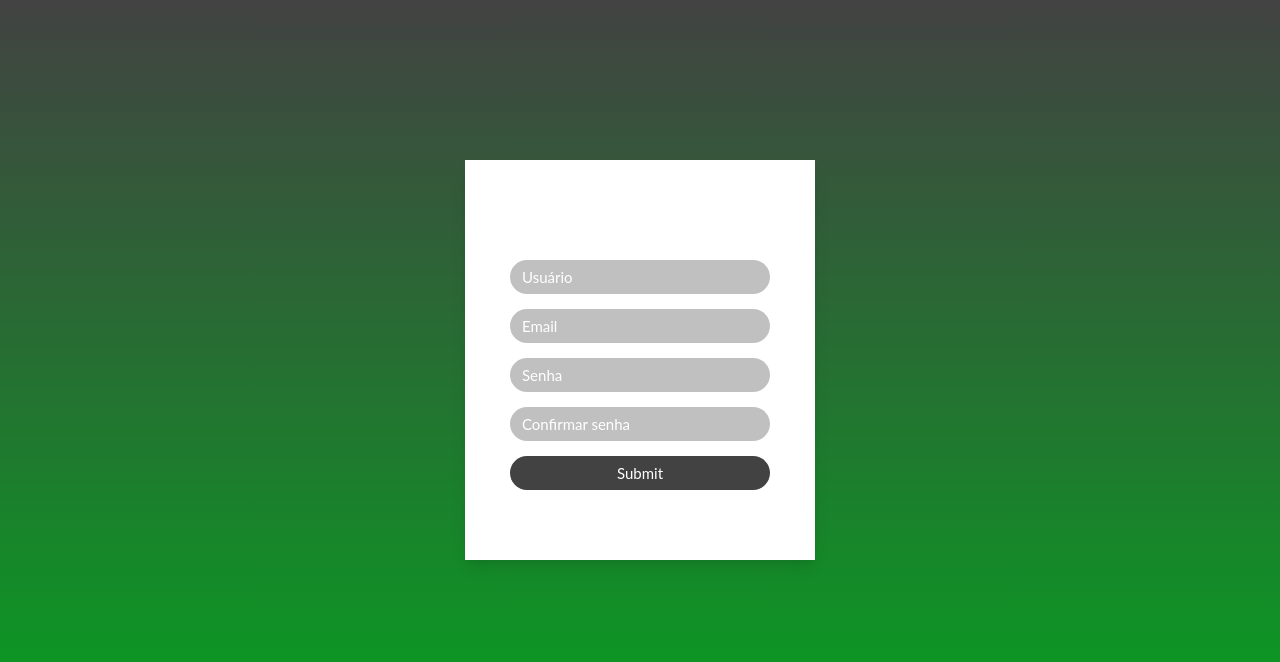
Repository: JoaoNahid/adminSystem
Page: /cadastro (app in client/)
An editor plug-in stored every save of this project. The page is shown before and after the next save, followed by the edit.
The browser window is 1280 px wide. The pictures show the whole page.
The project was rebuilt for these pictures with package versions that can differ from the ones it lists, and the page was loaded fresh each time. Also part of the build but not shown: client/src/App.css, client/src/routes/login.js, client/src/routes/home.js.

Above is the page before, as saved 2022-04-20 19:50:20.

### client/src/App.js
import logo from './logo.svg';
import React, { useState, useEffect } from "react"
import './App.css';
import './css/style.css';


// Router
import { BrowserRouter as Router, Route, Routes } from 'react-router-dom';
// Telas
import Login from './routes/login.js'
import Cadastro from './routes/cadastro.js'
import Home from './routes/home.js'

function App() {
  return (
    <Router>
      <div>
        <Routes>
          <Route exact path="login" element={<Login />} />
          <Route exact path="cadastro" element={<Cadastro />} />
          <Route exact path="home" element={<Home />} />
        </Routes>
      </div>
    </Router>
  )
}

/* function App() {

  const [values, setValues] = useState([])
  const handleClickButton = () => {
    Axios.post("http://localhost:3001/cadastroNoticia", {
      titulo: values.nome,
      conteudo: values.conteudo

    }).then((response) => {
      console.log(response)
    })
    console.log(values)
  }
  const handleChangeValues = (value) => {
    setValues((prevValue) => ({
      ...prevValue,
      [value.target.name]: value.target.value,
    }))
  }
  return (
    <div className="App">
      <input type="text" name="nome" placeholder="Nome" className="input" onChange={handleChangeValues} />
      <input type="text" name="conteudo" placeholder="Categoria" className="input" onChange={handleChangeValues} />
      <input type="text" name="preco" placeholder="Preço" className="input" onChange={handleChangeValues} />
      <button className="btnSalvar" onClick={() => handleClickButton()} >Salvar</button>
    </div>
  );
} */

export default App;

### client/src/css/style.css
body{
  margin: 0;
  padding: 0;
  font-family: 'Lato', sans-serif;
}
*{
  margin: 0;
  padding: 0;
  font-family: 'Lato', sans-serif;
}
:root{
  --cor1: #099c22;
  --cor2: #424242;
}

@import url('https://fonts.googleapis.com/css2?family=Lato:ital,wght@0,100;0,300;0,400;0,700;0,900;1,100;1,300;1,400;1,700;1,900&display=swap');


.container{
  /* width: calc(100% - 80px); */
  margin-left: 80px;
  padding: 0 15px;
}
.nomePagina{
  padding: 8px 0;
  margin-bottom: 15px;
  background-color: #fff;
  display: flex;
  flex-direction: row;
  justify-content: space-between;
  align-items: center;
}

.tituloPagina{
  color: var(--cor2);
  font-size: 30px;
}
.mostrarEstatisticas{
  color: var(--cor2);
  font-size: 30px;
  cursor: pointer;
  transform: rotate(180deg);
}
.flexBox{
  display: flex;
}
.flexRow{
  flex-direction: row;
}
/* SIDEBAR */
.sidebar{
  position: fixed;
  top: 0;
  bottom: 0;
  height: auto;
  width: 70px;
  background-color: var(--cor2);
  box-shadow: 10px 0 0 var(--cor1);
  overflow: hidden;
  transition: 0.5s;
  z-index: 2;
}
.sidebar:hover{
  width: 300px;
}
.sidebar ul{
  position: absolute;
  top: 200px;
  left: 0;
  width: 100%;
  padding-left: 5px;
}
.sidebar ul li{
  position: relative;
  list-style: none;
  width: 100%;
  border-top-left-radius: 20px;
}
.sidebar ul li a{
  position: relative;
  display: flex;
  width: 100%;
  text-decoration: none;
  color: #fff;
}
.sidebar .iconeSidebar{
  position: relative;
  display: block;
  min-width: 60px;
  height: 60px;
  text-align: center;
  line-height: 70px;
}
.sidebar .iconeSidebar ion-icon{
  position: relative;
  font-size: 1.5rem;
  z-index: 1;
}
.sidebar .tituloSidebar{
  position: relative;
  display: block;
  padding-left: 10px;
  height: 60px;
  line-height: 60px;
  white-space: nowrap;
}
.sidebar .active{
  background: var(--cor1);
}
.perfilUsuario{
  position: relative;
  top: 30px;
  display: flex;
  flex-direction: column;
  justify-content: center;
  align-items: center;
}
.fotoUsuario{
  width: 50px;
  height: 50px;
  border-radius: 50%;
  background-size: cover !important;
  background-repeat: no-repeat !important;
  background-position: center !important;
  transition: 0.6s;
}
.sidebar:hover .fotoUsuario{
  width: 100px;
  height: 100px;
}
.sidebar:hover .nomeUsuario,
.sidebar:hover .funcaoUsuario{
  visibility: visible;
  opacity: 1;
  transition: visibility 0s, opacity 0s linear;
}
.nomeUsuario{
  color: #fff;
  font-size: 20px;
  margin-top: 6px;
  visibility: hidden;
  opacity: 0;
  transition: visibility 0s, opacity 0s linear;
}
.funcaoUsuario{
  color: #fff;
  font-size: 15px;
  visibility: hidden;
  opacity: 0;
  transition: visibility 0s, opacity 0s linear;
}
/* FIM SIDEBAR */

/* DASHBOARD */
.areaBlocosEstatisticas{
  display: grid;
  grid-template-columns: repeat(4, 1fr);
  justify-content: center;
  gap: 20px;
  flex-direction: row;
}
@media(max-width: 1064px){
  .areaBlocosEstatisticas{
    grid-template-columns: repeat(2, 1fr);
  }
}
@media(max-width: 651px){
  .areaBlocosEstatisticas{
    grid-template-columns: 1fr;
  }
}
.blocoEstatistica{
  width: auto;
  height: 150px;
  background: var(--cor2);
  color: #fff;
  border-bottom: 3px solid var(--cor1);
  border-top-left-radius: 20px;
  border-top-right-radius: 20px;
  display: flex;
  flex-direction: column;
  justify-content: space-between;
  align-items: center;
  padding: 8px 12px;
}
.tituloEstatistica{
  font-size: 25px;
  text-transform: capitalize;
}
.conteudoEstatistica{
  display: flex;
  flex-direction: row;
  align-items: center;
  justify-content: space-between;
  width: 100%;
  padding-bottom: 25px;
}
.iconeEstatistica{
  width: 85px;
  font-size: 50px;
  z-index: 0;
}
.dadosEstatistica{
  text-align: center;
  width: 100%;
  font-size: 60px;
  color: #fff;
}
.exibirMenu{
  margin-top: -1000px !important;
  transition: .3s;
}
.rotacionarBtn{
  transform: rotate(180deg);
  transition: .7s ease-in;
}
/* FIM DASHBOARD */

/* LOGIN */
#bgAreaLogin{
  background: rgb(9,156,34);
  background: linear-gradient(0deg, rgba(9,156,34,1) 0%, rgba(66,66,66,1) 100%);
  width: 100%;
  height: 100vh;
}
#areaLogin{
  position: absolute;
  top: 0;
  bottom: 0;
  right: 0;
  left: 0;
  margin: auto auto;
  width: 350px;
  height: 400px;
  box-shadow: rgba(0, 0, 0, 0.1) 0px 10px 15px -3px, rgba(0, 0, 0, 0.05) 0px 4px 6px -2px;
  background-color: #fff;
}
.formLogin{
  padding: 15px 45px ;
  display: flex;
  flex-direction: column;
  gap: 15px;
  align-items: center;
  justify-content: center;
  height: 100%;
}
#areaLogin input{
  /* border-top: 0 none;
  border-right: 0 none;
  border-left: 0 none;
  border-color: var(--cor1); */
  border: 0 none;
  background: #42424255;
  color: var(--cor2);
  border-radius: 20px;
  padding: 8px 12px;
  font-size: 15px;
  width: calc(100% - 24px);
}
#areaLogin input::placeholder{
  color: #fff;
}
#areaLogin input:focus{
  outline: none;
}
.btnLogar{
  width: 100% !important;
  background-color: var(--cor2) !important;
  transition: .3s;
  color: #fff !important;
}
.btnLogar:hover{
  background-color: var(--cor1) !important;
  color: #fff !important;
  cursor: pointer;
}
.esqueciASenha{
  font-size: 13px;
  color: var(--cor2);
  text-decoration: none;
}
.esqueciASenha:hover{
  color: inherit;
}

/* FIM LOGIN */

/* Edição Site */
#areaTotalEdicaoSite{
  width: 100%;
}
.menuPaginas{
  display: flex;
  justify-content: center;
  flex-direction: row;
  margin-left: 230px;
  gap: 1px;
  background: var(--cor1);
}
.paginaEdicao{
  padding: 10px 10px;
  background-color: var(--cor2);
  color: #fff;
  width: 100%;
  text-align: center;
}
.paginaEdicao:hover{
  background: var(--cor1);
  cursor: pointer;
}
.menuSectionsPagina{
  width: 230px;
  display: flex;
  flex-direction: column;
  justify-content: center;
  background: var(--cor1);
}
.sectionEdicao{
  background: var(--cor2);
  color: #fff;
  width: calc(100% - 25px);
  text-align: left;
  padding: 16px 12px;
  text-decoration: none;
}
.sectionEdicao:hover{
  background: var(--cor1);
  cursor: pointer;
}
.boxFormEdicao{
  padding: 20px;
  width: calc(100% - 267px);
  border: solid 1px var(--cor2);
  border-left: solid 1px var(--cor1);
}
.tituloCampo{
  font-size: 18px;
  color: var(--cor2);
  margin-bottom: 10px;
}
.menuAtivo{
  background-color: var(--cor1);
}
/* Fim Edição Site */


/* INPUTS */
input:focus{
  outline: 0;
}
.formEdicao input{
  border-top: 0 none;
  border-right: 0 none;
  border-left: 0 none;
  border-bottom: 2px solid var(--cor2);
  padding: 0 5px 2px;
  font-size: 15px;
  transition: 0.3s;
  width: 100%;
}
.formEdicao input:focus{
  border-color: var(--cor1);
}
/* FIM INPUTS */

### client/src/routes/cadastro.js
import React, { Component } from "react"
import Axios from "axios"
import md5 from "md5-hash"

export default class Cadastro extends Component {
    constructor() {
        super()

        this.state = {
            usuario: "",
            senha: "",
            email: "",
            confirmarSenha: ""
        }
    }

    cadastrar = (e) => {
        e.preventDefault()
        if (this.state.senha === this.state.confirmarSenha){
             /* Axios.post('http://localhost:3001/cadastro', {
                usuario: this.state.usuario,
                senha: md5(this.state.senha),
                email: this.state.email
            }).then((response) => {
                console.log(response)
            })  */
            Axios.get('http://localhost:3001/cadastro/'+this.state.email+'/'+this.state.usuario).then((response) => {
                console.log(response)
                console.log(response.data[0])
                localStorage.setItem("id", response.data.idUsuario)
                localStorage.setItem("email", response.data.email)
            })
             // window.location.href = "/home"
            console.log('http://localhost:3001/cadastro/' + this.state.email + '/' + this.state.usuario)

        } else{
            console.log(this.state.senha)
            console.log(this.state.confirmarSenha)
            alert('Senhas não conferem')
        }

    }

    render() {
        return (
            <div id="bgAreaLogin">
                <div id="areaLogin" className="">
                    <div className="logoAreaLogin">

                    </div>
                    <form className="formLogin" method="post">
                        <input className="inputCampo" type="text" autoComplete="off" placeholder="Usuário" name="usuario" defaultValue={this.state.usuario} onChange={(e) => (this.setState({ usuario: e.target.value }))} />
                        <input className="inputCampo" type="text" autoComplete="off" placeholder="Email" name="email" defaultValue={this.state.email} onChange={(e) => (this.setState({ email: e.target.value }))} />
                        <input className="inputCampo" type="password" autoComplete="off" placeholder="Senha" name="senha" defaultValue={this.state.senha} onChange={(e) => (this.setState({ senha: e.target.value }))} />
                        <input className="inputCampo" type="password" autoComplete="off" placeholder="Confirmar senha" name="confirmarSenha" defaultValue={this.state.confirmarSenha} onChange={(e) => (this.setState({ confirmarSenha: e.target.value }))} />

                        <input className="btnLogar" type="submit" name="logar" defaultValue="Criar conta" onClick={(e) => this.cadastrar(e)} />
                    </form>
                </div>
            </div>
        )
    }
}

Loaded but not shown: client/public/index.html (common file); client/src/index.js (common file); client/src/index.css (common file); client/src/reportWebVitals.js (common file)

After the next save:
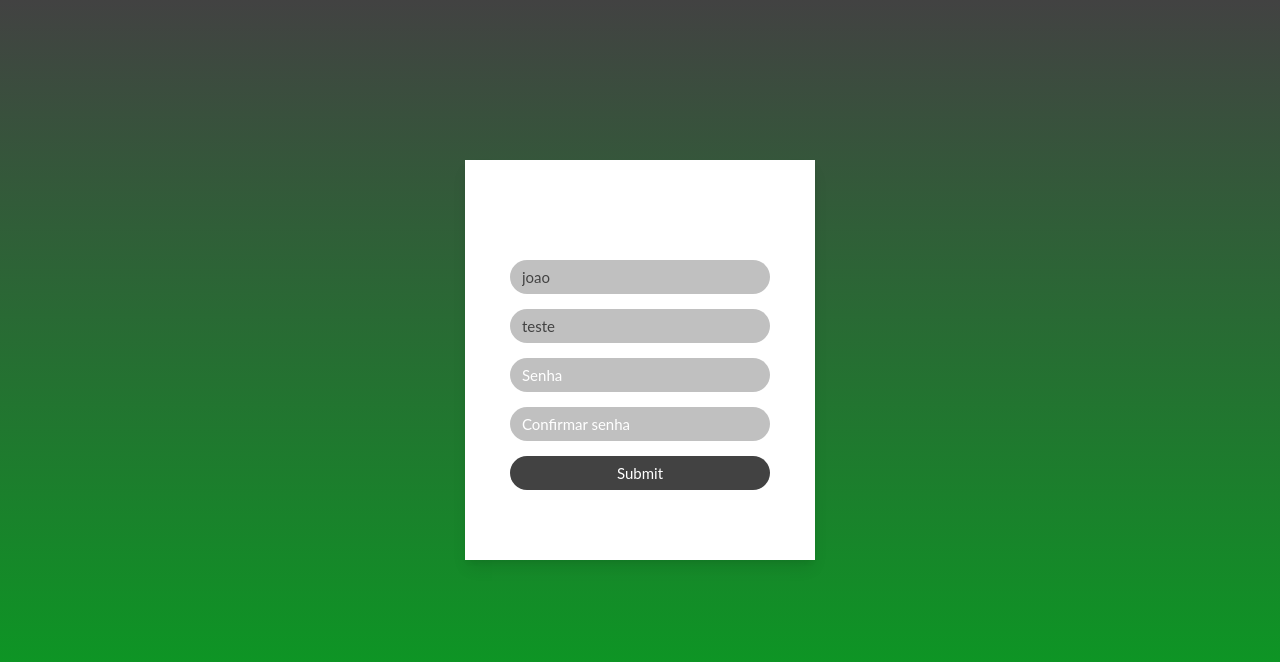
Saved 11 s later.
--- a/client/src/routes/cadastro.js
+++ b/client/src/routes/cadastro.js
@@ -7,9 +7,9 @@
         super()
 
         this.state = {
-            usuario: "",
+            usuario: "joao",
             senha: "",
-            email: "",
+            email: "teste",
             confirmarSenha: ""
         }
     }

After the 3 saves that followed:
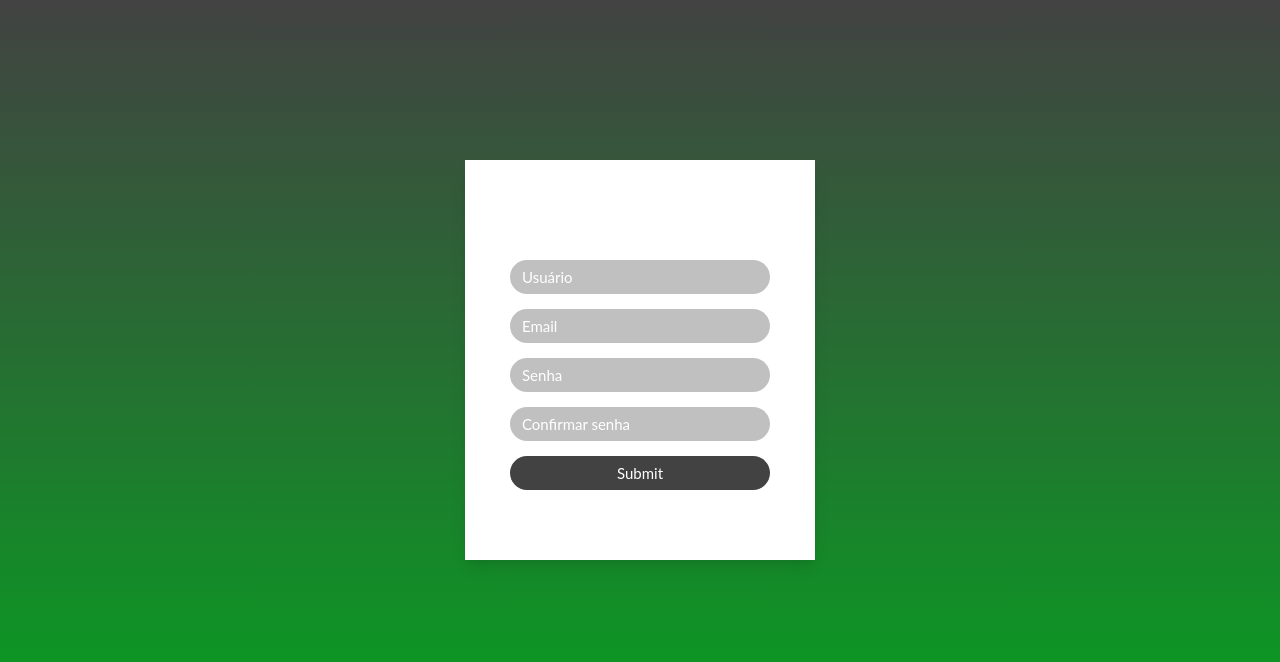
The 3 saves are shown as one change because 2 left the picture as it was.
The last was saved 4 min 17 s later.
--- a/client/src/routes/cadastro.js
+++ b/client/src/routes/cadastro.js
@@ -7,9 +7,9 @@
         super()
 
         this.state = {
-            usuario: "joao",
+            usuario: "",
             senha: "",
-            email: "teste",
+            email: "",
             confirmarSenha: ""
         }
     }
@@ -17,18 +17,19 @@
     cadastrar = (e) => {
         e.preventDefault()
         if (this.state.senha === this.state.confirmarSenha){
-             /* Axios.post('http://localhost:3001/cadastro', {
+             Axios.post('http://localhost:3001/cadastro', {
                 usuario: this.state.usuario,
                 senha: md5(this.state.senha),
                 email: this.state.email
             }).then((response) => {
                 console.log(response)
-            })  */
+            })
             Axios.get('http://localhost:3001/cadastro/'+this.state.email+'/'+this.state.usuario).then((response) => {
                 console.log(response)
+                var dadosDoServidor = response.data[0]
                 console.log(response.data[0])
-                localStorage.setItem("id", response.data.idUsuario)
-                localStorage.setItem("email", response.data.email)
+                localStorage.setItem("id", dadosDoServidor.idUsuario)
+                localStorage.setItem("email", dadosDoServidor.email)
             })
              // window.location.href = "/home"
             console.log('http://localhost:3001/cadastro/' + this.state.email + '/' + this.state.usuario)
